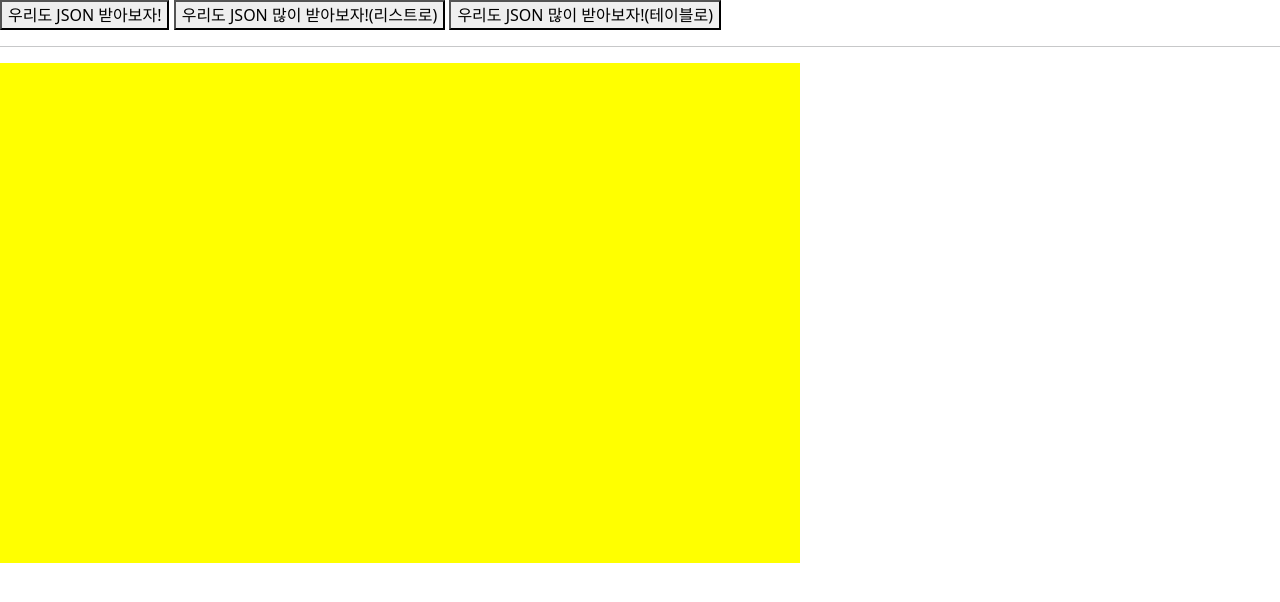
Repository: JayMon0327/Multicampus
Page: http://localhost/spring03/rest3.jsp
The author's editor kept a copy of each file at every save. The page is drawn from the files as they stood at one save, then again after the next save.
The browser window is 1280 px wide. The pictures show the whole page.
The page is served by Tomcat 9. Nobody is signed in. The application's start-up code is not run. Other server files are loaded and not shown.

Above is the page before, as saved 2022-12-09 01:43:29.

### spring03/src/main/webapp/rest3.jsp
<%@ page language="java" contentType="text/html; charset=UTF-8"
    pageEncoding="UTF-8"%>
<!DOCTYPE html>
<html>
<head>
<meta charset="UTF-8">
<title>Insert title here</title>
<script src="https://code.jquery.com/jquery-3.6.0.js"></script>
<link
	href="https://cdn.jsdelivr.net/npm/bootstrap@5.2.3/dist/css/bootstrap.min.css"
	rel="stylesheet">

<script
	src="https://cdn.jsdelivr.net/npm/bootstrap@5.2.3/dist/js/bootstrap.bundle.min.js"></script>

<script type="text/javascript">
	$(function() {
		$('#b1').click(function() {
			$.ajax({
				url : "jsonResponse1",
				dataType : "json",
				success : function(json) {
					alert(json)
					$('#d1').append(json.id + "<br>" +
								json.name + " " +
								json.url + " " +
								json.img)
				} //success
			})//ajax
		}) //b1
		$('#b2').click(function() {
			$.ajax({
				url : "jsonResponse2",
				dataType : "json",
				success : function(array) {
					//alert(array)
					//alert(array[0].id)
					for(i = 0; i < array.length; i++){
						console.log(array[i].id + " "+ array[i].img)
						$('#d1').append(
								"아이디: " + array[i].id +
								" 북마크이름: " + array[i].name +
								" url: <a href=" + array[i].url + ">GO URL</a>" +
								" img: <img src=" + array[i].img + "><br>"
						)//d1
					}//for
				} //success
			})//ajax
		}) //b2
		$('#b3').click(function() {
			$.ajax({
				url : "jsonResponse2",
				dataType : "json",
				success : function(array) {
					//alert(array)
					//alert(array[0].id)
					$('#d2').append("<table border=1 class='table-striped table-dark'><tr><td>아이디</td><td>북마크이름</td><td>url</td><td>img</td></tr>")
					for(i = 0; i < 5; i++){
						console.log(array[i].id + " "+ array[i].img)
						$('#d2').append(
								"<tr>" +
								"<td>" + array[i].id +
								"</td><td>" + array[i].name +
								"</td><td><a href=" + array[i].url + ">GO URL</a>" +
								"</td><td>img: <img src=" + array[i].img + " width=100 height=100>" +
								"</td></tr>"
						)//d2
					}//for
					$("#d2").append("</table>")
				} //success
			})//ajax
		}) //b3
	}) //$
</script>
</head>
<body>
<button id="b1">우리도 JSON 받아보자!</button>
<button id="b2">우리도 JSON 많이 받아보자!(리스트로)</button>
<button id="b3">우리도 JSON 많이 받아보자!(테이블로)</button>
<hr>
<div id="d2"></div>
<div id="d1" style="background: yellow; width: 800px; height: 500px;"></div>
</body>
</html>

After the next save:
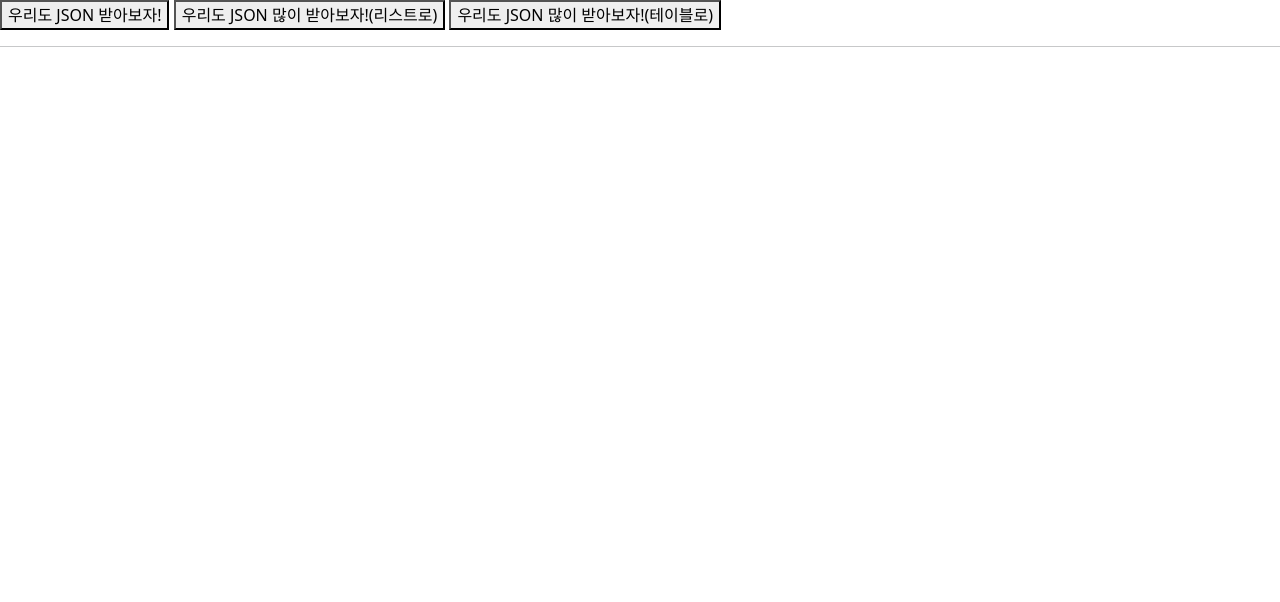
Saved 29 s later.
--- a/spring03/src/main/webapp/rest3.jsp
+++ b/spring03/src/main/webapp/rest3.jsp
@@ -79,6 +79,6 @@
 <button id="b3">우리도 JSON 많이 받아보자!(테이블로)</button>
 <hr>
 <div id="d2"></div>
-<div id="d1" style="background: yellow; width: 800px; height: 500px;"></div>
+<div id="d1"></div>
 </body>
 </html>
